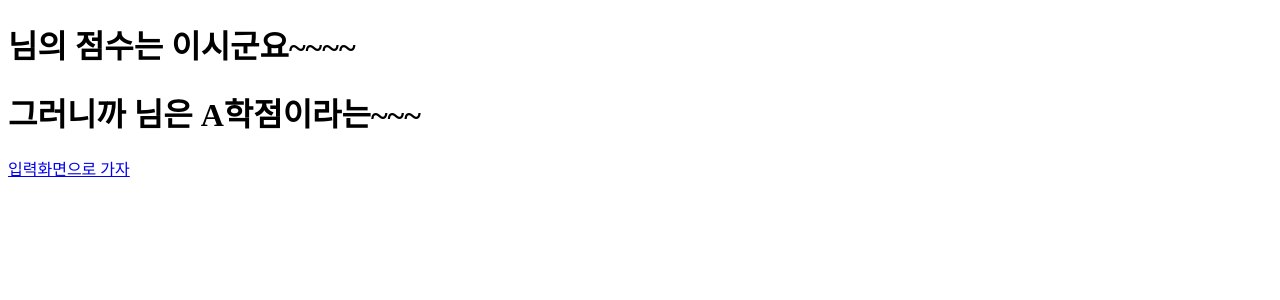
Repository: codingidot/test111
Page: http://localhost/Servlet2/jspview/F.jsp
These files come from the project's save history. The page is drawn as it stood at one moment and after the next save; the edit follows.
The browser window is 1280 px wide. The pictures show the whole page.
The page is served by Tomcat 9.

Above is the page before, as saved 2022-05-30 02:27:31.

After the next save:
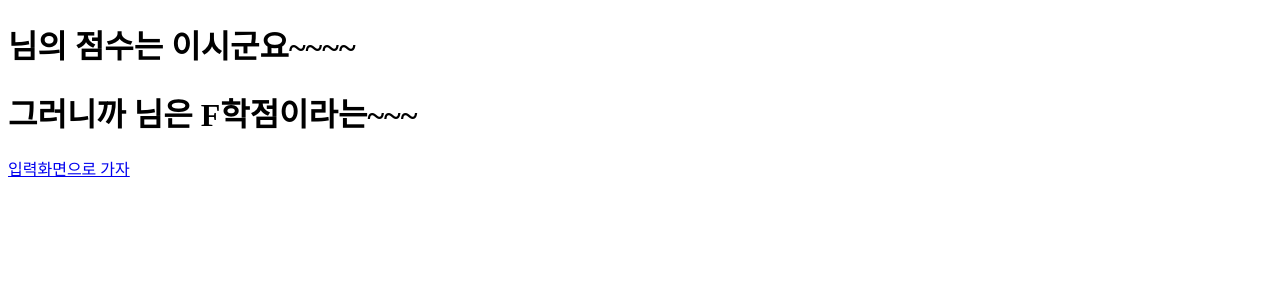
Saved 18 s later.
--- a/Servlet2/src/main/webapp/jspview/F.jsp
+++ b/Servlet2/src/main/webapp/jspview/F.jsp
@@ -8,7 +8,7 @@
 </head>
 <body>
 <h1>${param.irum }님의 점수는 ${param.jum }이시군요~~~~</h1>
-<h1>그러니까 ${param.irum }님은 A학점이라는~~~</h1>
+<h1>그러니까 ${param.irum }님은 F학점이라는~~~</h1>
 <a href="jumForm3.html"> 입력화면으로 가자</a>
 
 </body>
